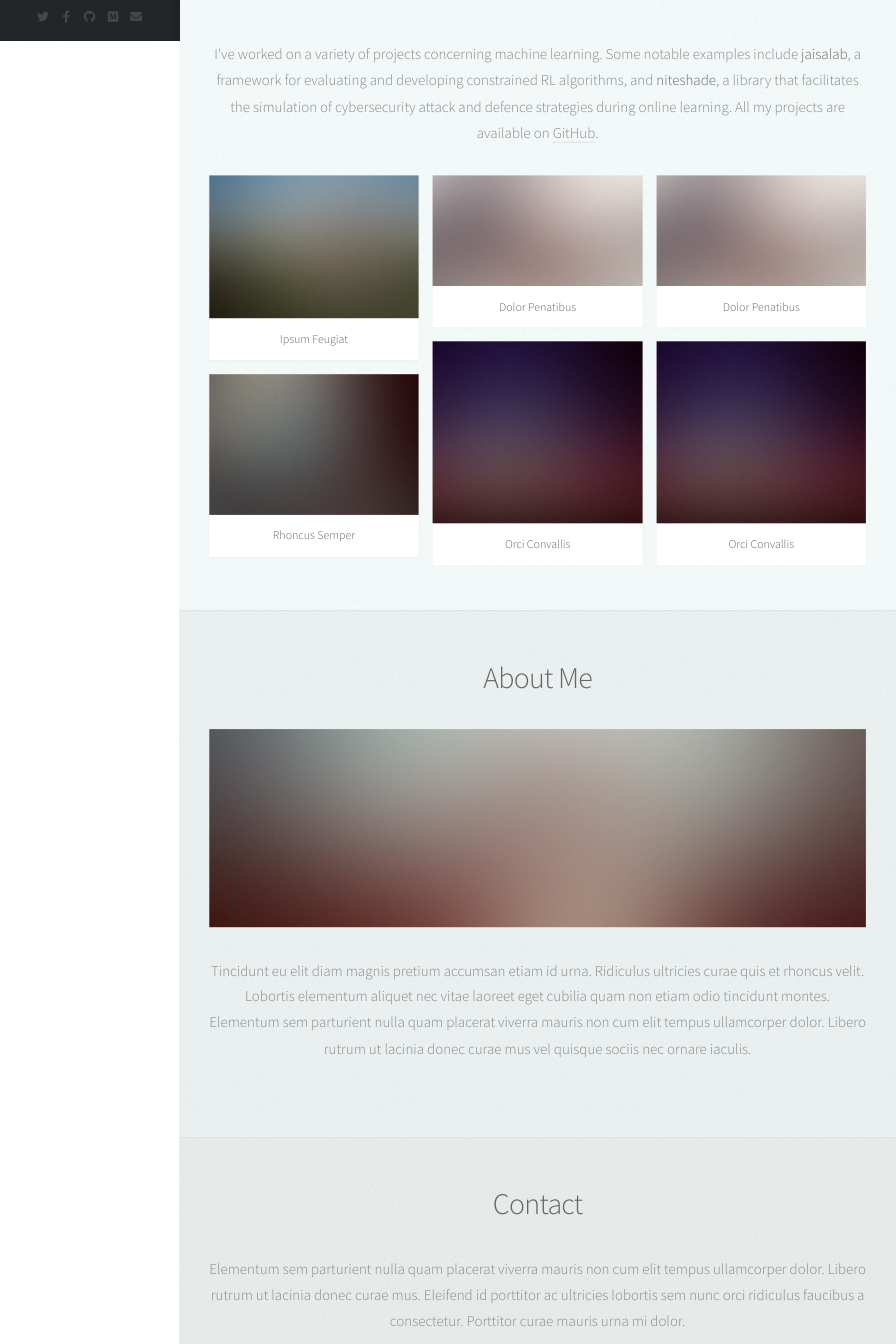
Repository: jaimesabalimperial/jaimesabalimperial.github.io
Page: index.html
These files come from the project's save history. The page is drawn as it stood at one moment and after a run of saves; the edit follows.
The browser window is 1280 px wide. The pictures show the part of the page from y = 662 to 2582 px (the page is 3299 px tall before and 3288 px after), at 70% of full size.

Above is the page before, as saved 2022-10-04 13:54:25.

After the next 2 saves:
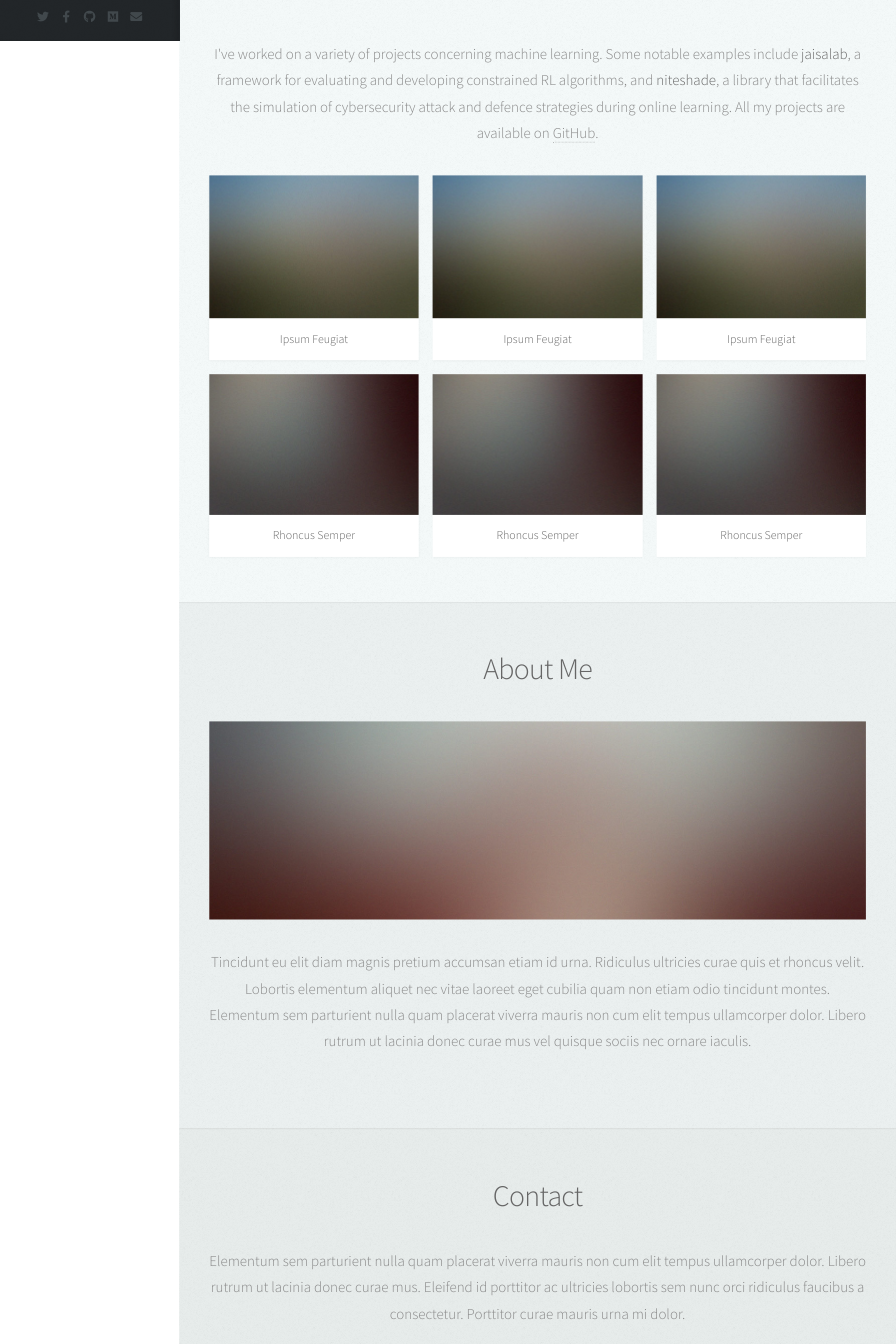
The 2 saves are shown as one change because they came seconds apart.
The last was saved 41 s later.
--- a/index.html
+++ b/index.html
@@ -104,29 +104,29 @@
 								</div>
 								<div class="col-4 col-12-mobile">
 									<article class="item">
-										<a href="#" class="image fit"><img src="images/pic06.jpg" alt="" /></a>
-										<header>
-											<h3>Dolor Penatibus</h3>
-										</header>
-									</article>
-									<article class="item">
-										<a href="#" class="image fit"><img src="images/pic07.jpg" alt="" /></a>
-										<header>
-											<h3>Orci Convallis</h3>
+										<a href="#" class="image fit"><img src="images/pic02.jpg" alt="" /></a>
+										<header>
+											<h3>Ipsum Feugiat</h3>
+										</header>
+									</article>
+									<article class="item">
+										<a href="#" class="image fit"><img src="images/pic03.jpg" alt="" /></a>
+										<header>
+											<h3>Rhoncus Semper</h3>
 										</header>
 									</article>
 								</div>
 								<div class="col-4 col-12-mobile">
 									<article class="item">
-										<a href="#" class="image fit"><img src="images/pic06.jpg" alt="" /></a>
-										<header>
-											<h3>Dolor Penatibus</h3>
-										</header>
-									</article>
-									<article class="item">
-										<a href="#" class="image fit"><img src="images/pic07.jpg" alt="" /></a>
-										<header>
-											<h3>Orci Convallis</h3>
+										<a href="#" class="image fit"><img src="images/pic02.jpg" alt="" /></a>
+										<header>
+											<h3>Ipsum Feugiat</h3>
+										</header>
+									</article>
+									<article class="item">
+										<a href="#" class="image fit"><img src="images/pic03.jpg" alt="" /></a>
+										<header>
+											<h3>Rhoncus Semper</h3>
 										</header>
 									</article>
 								</div>
